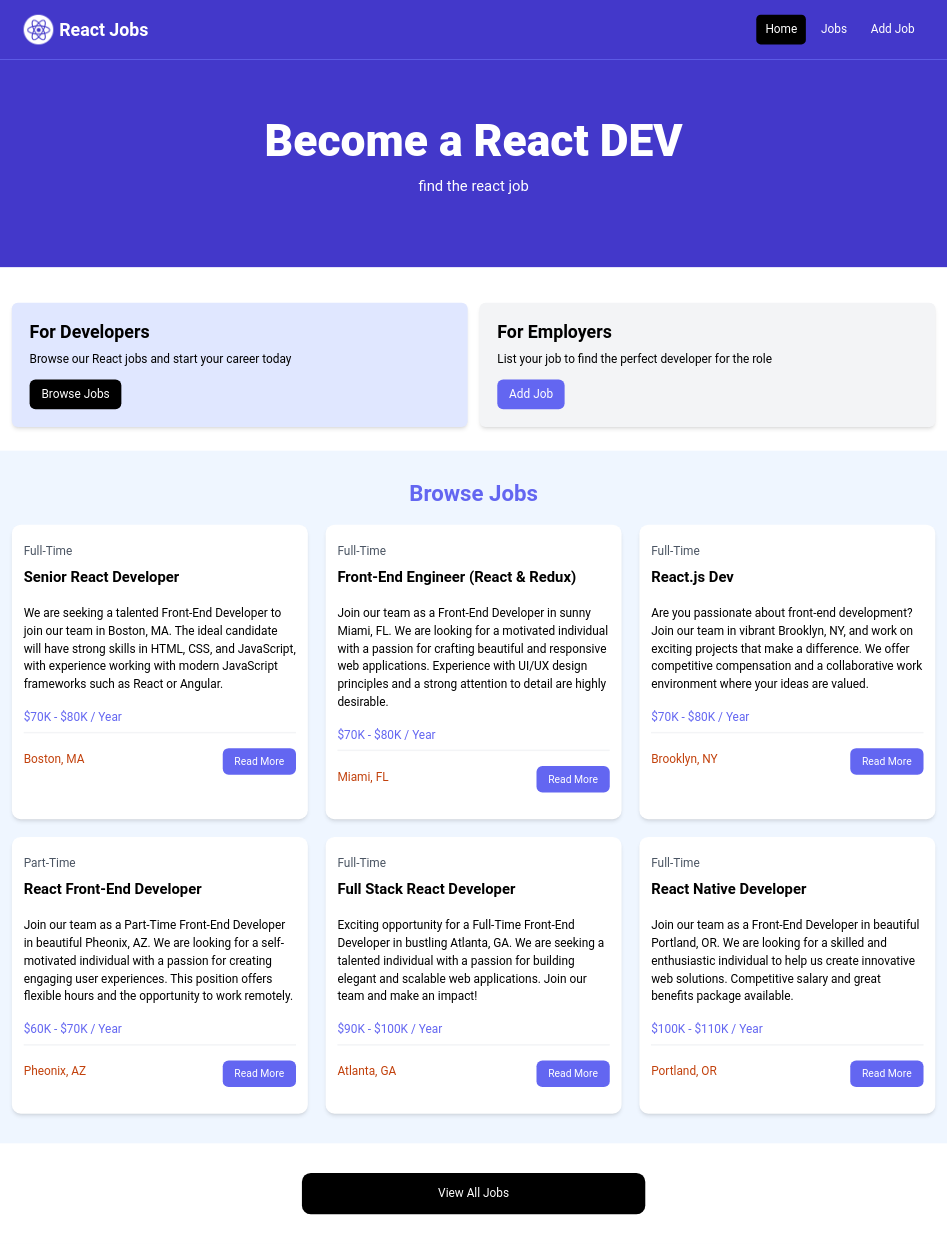
Repository: Geohot-2020/React_setup
Page: / (app in react-crash-2024/)
The author's editor kept a copy of each file at every save. The page is drawn from the files as they stood at one save, then again after the next save.
The browser window is 1280 px wide. The pictures show the whole page, at 74% of full size.
The project was rebuilt for these pictures with package versions that can differ from the ones it lists, and the page was loaded fresh each time. Also part of the build but not shown: react-crash-2024/vite.config.js.

Above is the page before, as saved 2024-11-13 16:26:58.

After the next save:
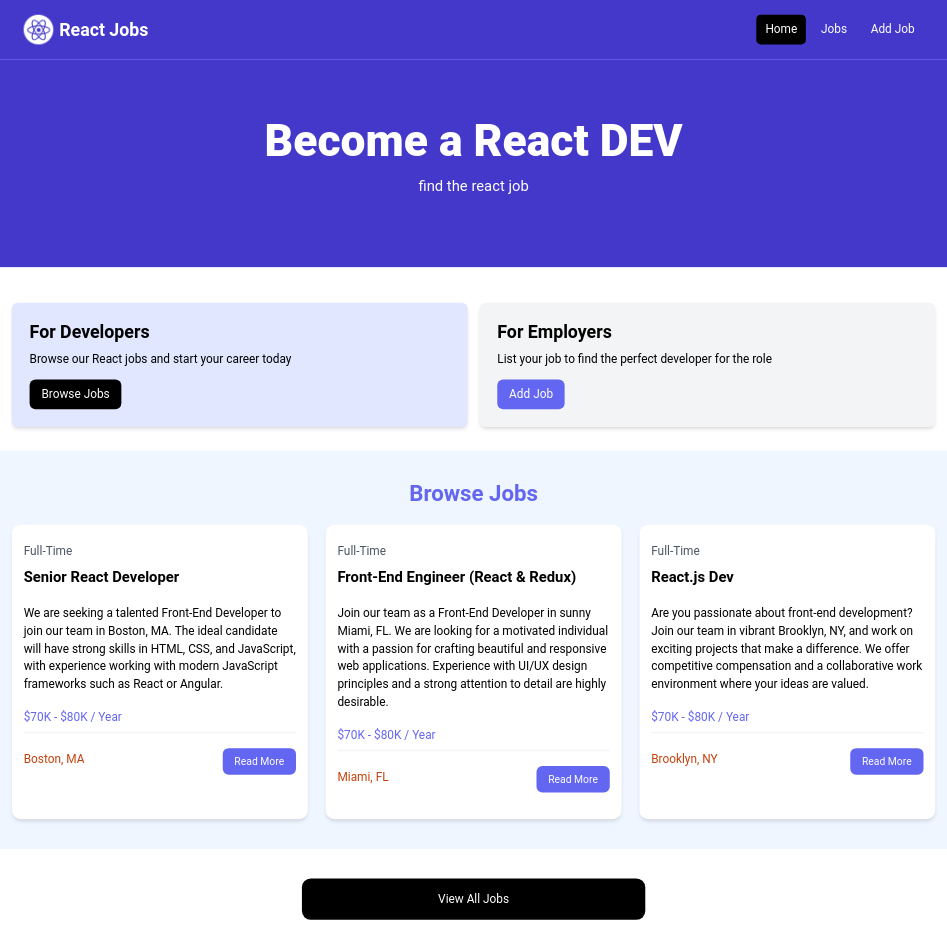
Saved 12 s later.
--- a/react-crash-2024/src/components/JobListings.jsx
+++ b/react-crash-2024/src/components/JobListings.jsx
@@ -14,7 +14,7 @@ const JobListings = () => {
                     Browse Jobs
                 </h2>
                 <div className="grid grid-cols-1 md:grid-cols-3 gap-6">
-                    {jobs.map((job) => (
+                    {recentJobs.map((job) => (
                         <JobListing key={job.id} job={job} />
                     ))}
 
